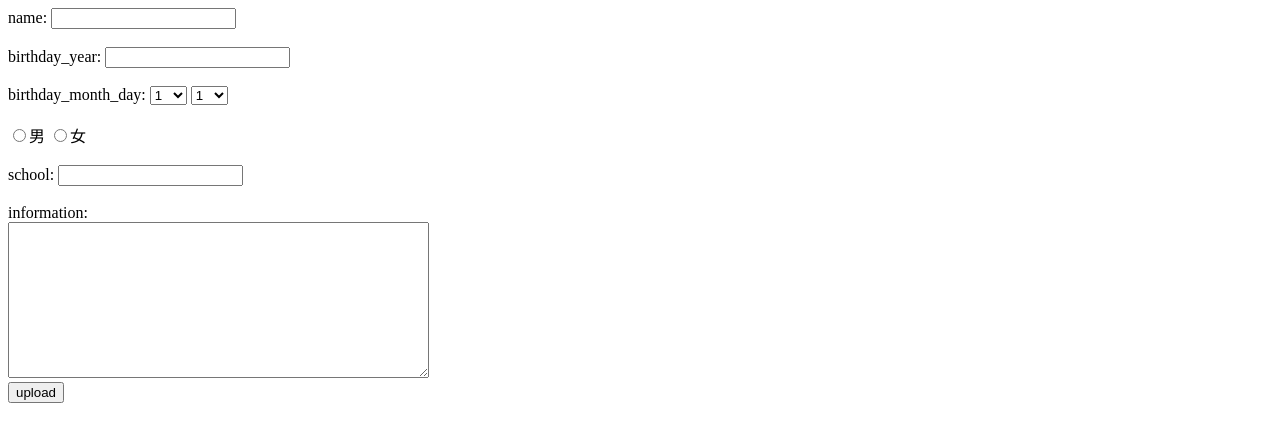
Repository: Brief-drizzle/Java-Web
Page: sy1/WebRoot/resume.html
These files come from the project's save history. The page is drawn as it stood at one moment and after the next save; the edit follows.
The browser window is 1280 px wide. The pictures show the whole page.

Above is the page before, as saved 2020-10-20 15:26:45.

### sy1/WebRoot/resume.html
<!DOCTYPE html>
<html>
  <head>
    <title>resume.html</title>

    <meta name="keywords" content="keyword1,keyword2,keyword3">
    <meta name="description" content="this is my page">
    <meta name="content-type" content="text/html; charset=UTF-8">
    <meta http-equiv="Content-Type" content="text/html; charset=utf-8">

    <!--<link rel="stylesheet" type="text/css" href="./styles.css">-->

  </head>

  <body>
    <form action="GetResume" method="get">
  name: <input type="text" name="name"><br><br>
  birthday_year:    <input type="text" name="year"><br><br>
  birthday_month_day:
  <select name="month">
    <option value="1">1</option>
    <option value="2">2</option>
    <option value="3">3</option>
    <option value="4">4</option>
    <option value="5">5</option>
    <option value="6">6</option>
    <option value="7">7</option>
    <option value="8">8</option>
    <option value="9">9</option>
    <option value="10">10</option>
    <option value="11">11</option>
    <option value="12">12</option>
  </select>
  <select  name="day">
    <option value="1">1</option>
    <option value="2">2</option>
    <option value="3">3</option>
    <option value="4">4</option>
    <option value="5">5</option>
    <option value="6">6</option>
    <option value="7">7</option>
    <option value="8">8</option>
    <option value="9">9</option>
    <option value="10">10</option>
    <option value="11">11</option>
    <option value="12">12</option>
    <option value="13">13</option>
    <option value="14">14</option>
    <option value="15">15</option>
    <option value="16">16</option>
    <option value="17">17</option>
    <option value="18">18</option>
    <option value="19">19</option>
    <option value="20">20</option>
    <option value="21">21</option>
    <option value="22">22</option>
    <option value="23">23</option>
    <option value="24">24</option>
    <option value="25">25</option>
    <option value="26">26</option>
    <option value="27">27</option>
    <option value="28">28</option>
    <option value="29">29</option>
    <option value="30">30</option>
    <option value="31">31</option>
  </select><br><br>

  <input type="radio" name="sex" value="male"/>男
  <input type="radio" name="sex" value="female"/>女<br><br>
  school:     <input type="text" name="school"><br><br>
  information:<br>
  <textarea cols="50" rows="10" >
  </textarea><br/>
  <input type="submit" value="upload">
</form>
  </body>
</html>

After the next save:
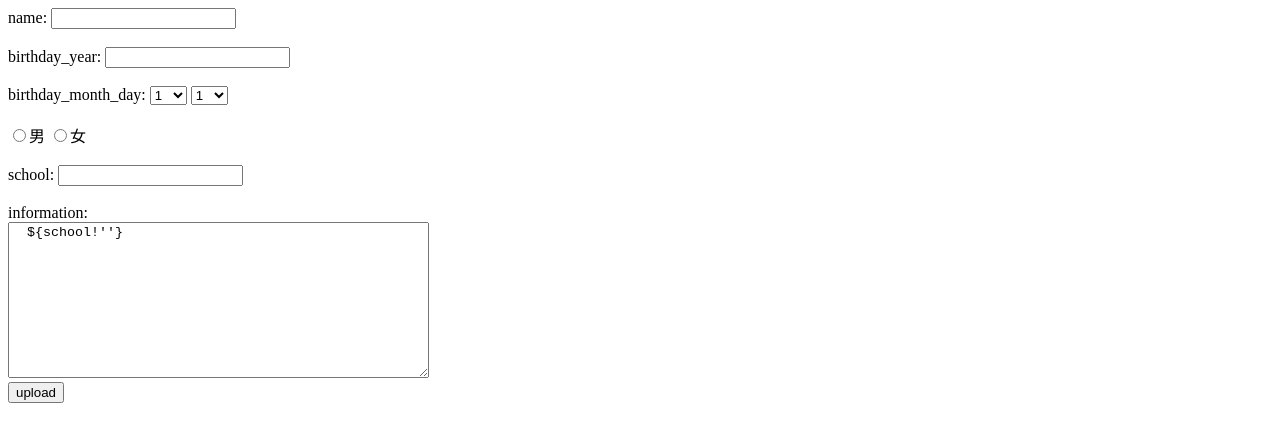
Saved 7 min 10 s later.
--- a/sy1/WebRoot/resume.html
+++ b/sy1/WebRoot/resume.html
@@ -69,7 +69,8 @@
   <input type="radio" name="sex" value="female"/>女<br><br>
   school:     <input type="text" name="school"><br><br>
   information:<br>
-  <textarea cols="50" rows="10" >
+  <textarea cols="50" rows="10" name="school">
+  ${school!''}
   </textarea><br/>
   <input type="submit" value="upload">
 </form>
